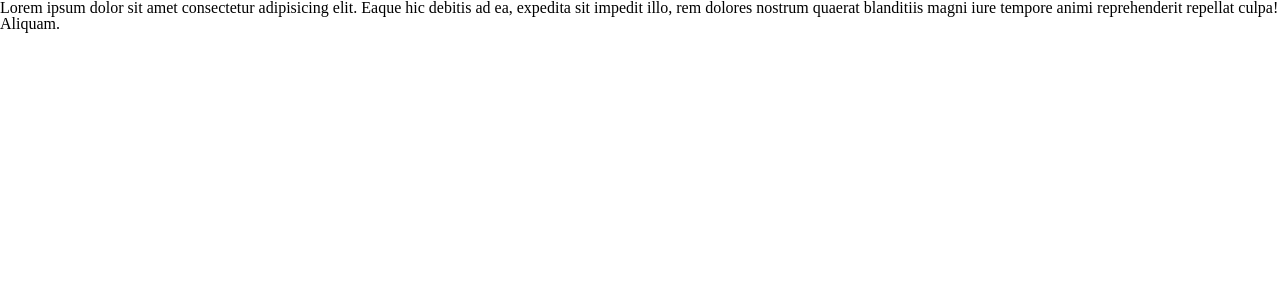
Repository: anhtien111198/f8-htmlcss-01
Page: index.html
An editor plug-in stored every save of this project. The page is shown before and after the next save, followed by the edit.
The browser window is 1280 px wide. The pictures show the whole page.

Above is the page before, as saved 2023-04-29 13:25:31.

After the next save:
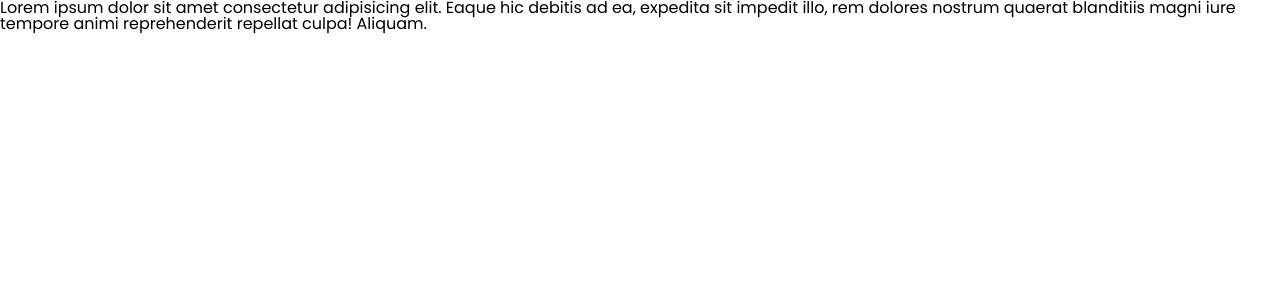
Saved 32 s later.
--- a/assets/css/styles.css
+++ b/assets/css/styles.css
@@ -6,5 +6,5 @@
 }
 body {
     font-size: 1.6rem;
-    /* font-family: ; */
+    font-family: Poppins;
 }

After the 2 saves that followed:
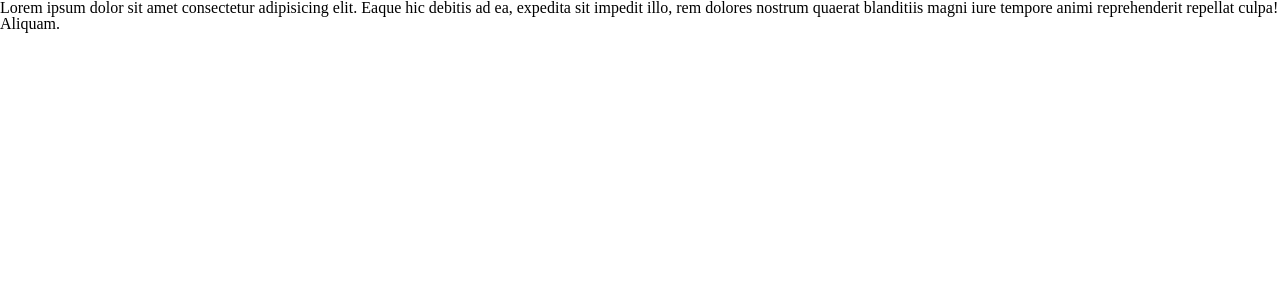
The 2 saves are shown as one change because 1 left the picture as it was.
The last was saved 7 min 8 s later.
--- a/assets/css/styles.css
+++ b/assets/css/styles.css
@@ -6,5 +6,5 @@
 }
 body {
     font-size: 1.6rem;
-    font-family: Poppins;
+    /* font-family: "Poppins"; */
 }
